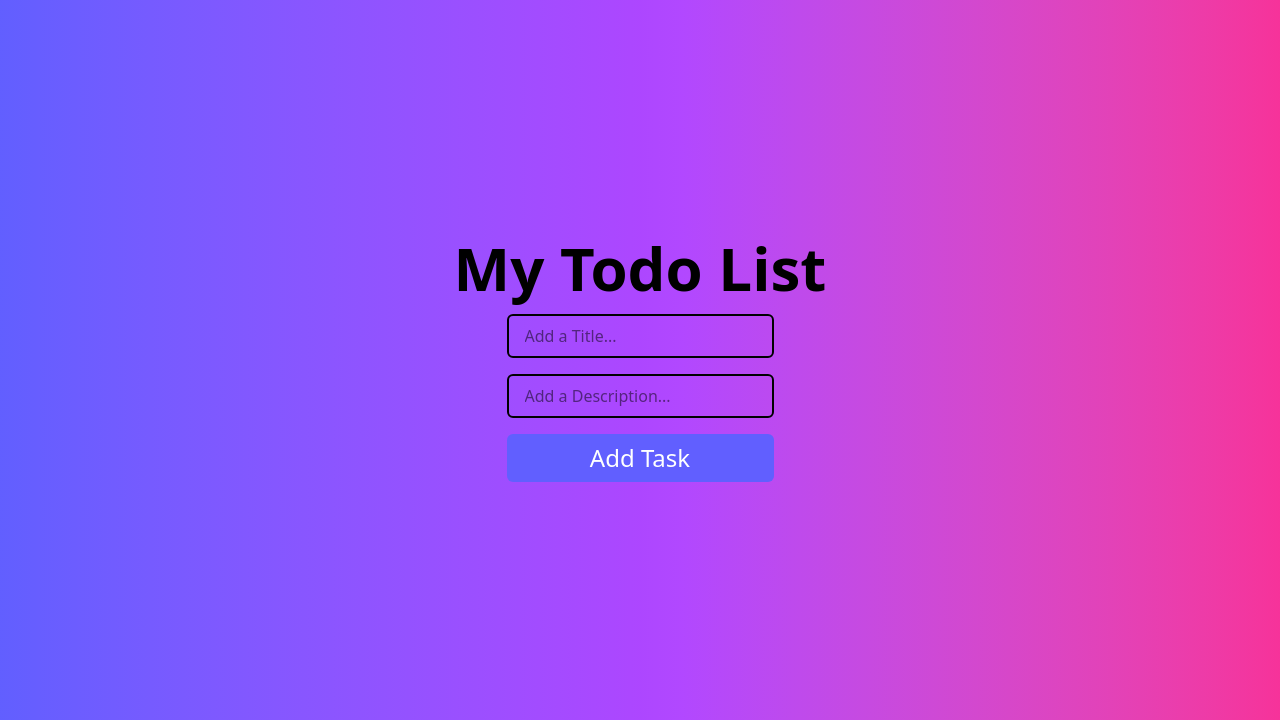
Repository: vgor15/todo-list
Page: /
The author's editor kept a copy of each file at every save. The page is drawn from the files as they stood at one save, then again after a run of saves.
The browser window is 1280 px wide. The pictures show the whole page.
The project was rebuilt for these pictures with package versions that can differ from the ones it lists, and the page was loaded fresh each time. The framework's server and built-in components were replaced by stand-ins that run in the browser. Also part of the build but not shown: next.config.js, next.config.mjs.

Above is the page before, as saved 2025-03-05 10:38:46.

After the next 2 saves:
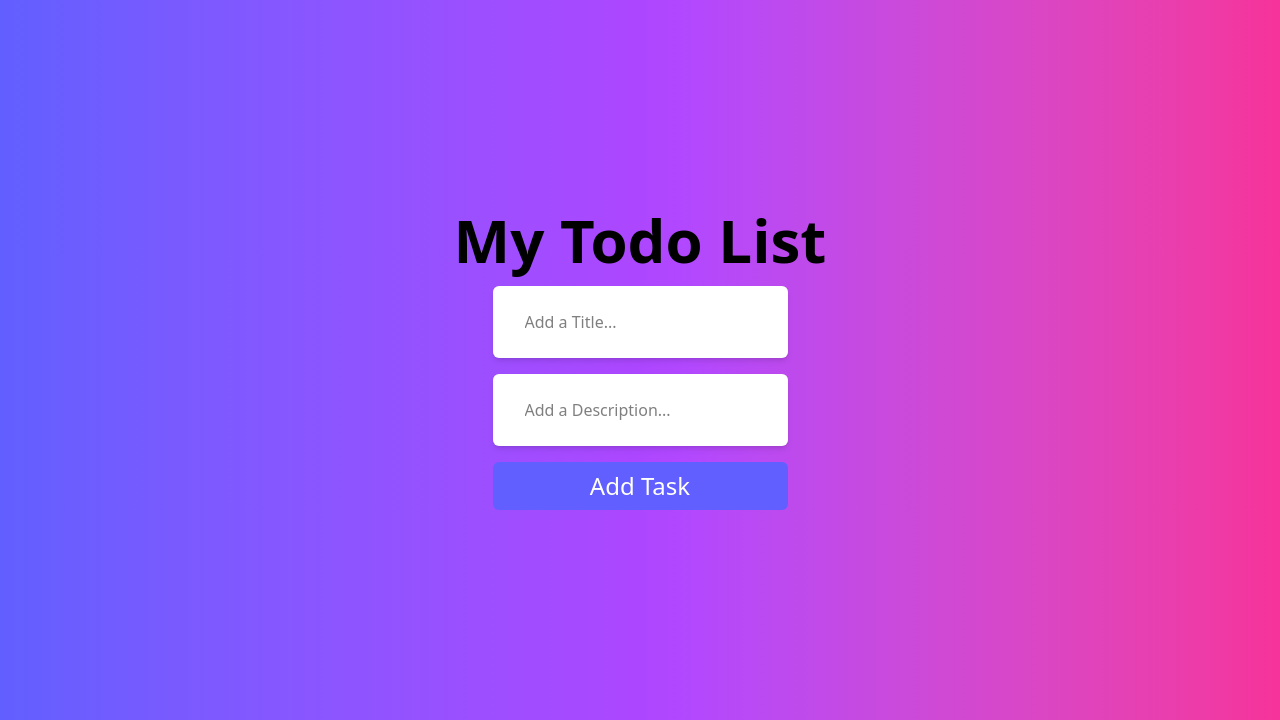
The 2 saves are shown as one change because they came seconds apart.
The last was saved 44 s later.
--- a/app/page.js
+++ b/app/page.js
@@ -8,24 +8,30 @@
     <div className="h-screen flex flex-col items-center justify-center bg-gradient-to-r from-indigo-500 via-purple-500 to-pink-500">
       <h1 className="text-6xl font-bold text-center mb-4">My Todo List</h1>
       <form className="flex flex-col gap-4">
-        <input
-          className="border-2 px-4 py-2 rounded-md outline-none focus:ring-2 focus:ring-indigo-500"
-          type="text"
-          name=""
-          id=""
-          placeholder="Add a Title..."
-          autoComplete="off"
-          value={title}
-        />
-        <input
-          className="border-2 px-4 py-2 rounded-md outline-none focus:ring-2 focus:ring-indigo-500"
-          type="text"
-          name=""
-          id=""
-          placeholder="Add a Description..."
-          autoComplete="off"
-          value={description}
-        />
+        <div className="bg-white p-4 rounded-md shadow-md">
+          <input
+            className="w-full px-4 py-2 rounded-md outline-none focus:ring-2 focus:ring-indigo-500"
+            type="text"
+            name=""
+            id=""
+            placeholder="Add a Title..."
+            autoComplete="off"
+            value={title}
+            onChange={(e) => setTitle(e.target.value)}
+          />
+        </div>
+        <div className="bg-white p-4 rounded-md shadow-md">
+          <input
+            className="w-full px-4 py-2 rounded-md outline-none focus:ring-2 focus:ring-indigo-500"
+            type="text"
+            name=""
+            id=""
+            placeholder="Add a Description..."
+            autoComplete="off"
+            value={description}
+            onChange={(e) => setDescription(e.target.value)}
+          />
+        </div>
         <button className="bg-indigo-500 px-4 py-2 rounded-md text-2xl text-white">
           Add Task
         </button>

After the 2 saves that followed:
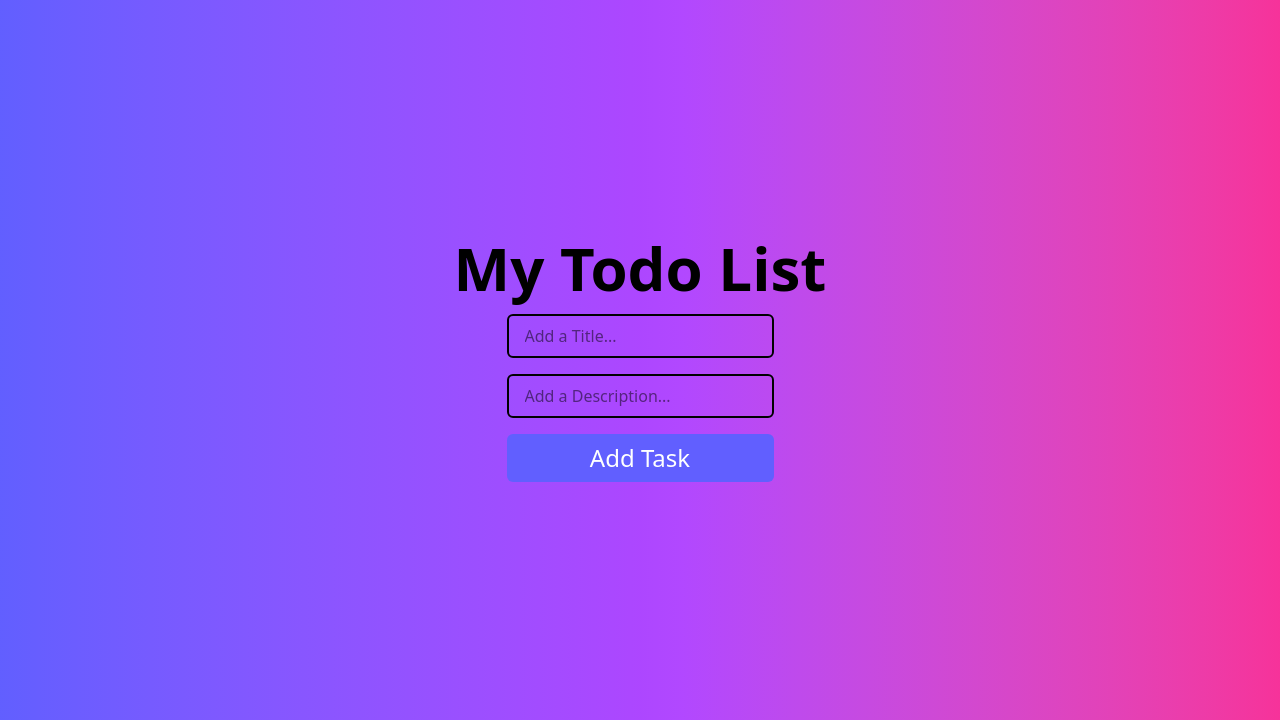
The 2 saves are shown as one change because they came seconds apart.
The last was saved 8 s later.
--- a/app/page.js
+++ b/app/page.js
@@ -8,30 +8,24 @@
     <div className="h-screen flex flex-col items-center justify-center bg-gradient-to-r from-indigo-500 via-purple-500 to-pink-500">
       <h1 className="text-6xl font-bold text-center mb-4">My Todo List</h1>
       <form className="flex flex-col gap-4">
-        <div className="bg-white p-4 rounded-md shadow-md">
-          <input
-            className="w-full px-4 py-2 rounded-md outline-none focus:ring-2 focus:ring-indigo-500"
-            type="text"
-            name=""
-            id=""
-            placeholder="Add a Title..."
-            autoComplete="off"
-            value={title}
-            onChange={(e) => setTitle(e.target.value)}
-          />
-        </div>
-        <div className="bg-white p-4 rounded-md shadow-md">
-          <input
-            className="w-full px-4 py-2 rounded-md outline-none focus:ring-2 focus:ring-indigo-500"
-            type="text"
-            name=""
-            id=""
-            placeholder="Add a Description..."
-            autoComplete="off"
-            value={description}
-            onChange={(e) => setDescription(e.target.value)}
-          />
-        </div>
+        <input
+          className="border-2 px-4 py-2 rounded-md outline-none focus:ring-2 focus:ring-indigo-500"
+          type="text"
+          name=""
+          id=""
+          placeholder="Add a Title..."
+          autoComplete="off"
+          value={title}
+        />
+        <input
+          className="border-2 px-4 py-2 rounded-md outline-none focus:ring-2 focus:ring-indigo-500"
+          type="text"
+          name=""
+          id=""
+          placeholder="Add a Description..."
+          autoComplete="off"
+          value={description}
+        />
         <button className="bg-indigo-500 px-4 py-2 rounded-md text-2xl text-white">
           Add Task
         </button>
